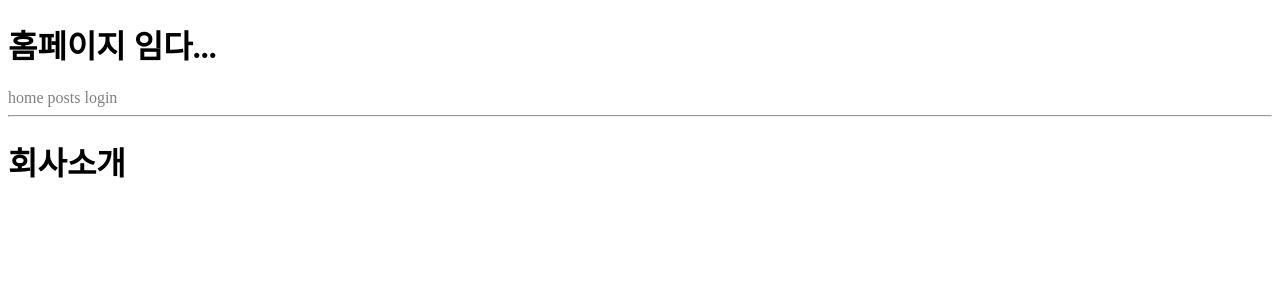
Repository: wkdtkgkek16/web01
Page: http://localhost/ex01/
The author's editor kept a copy of each file at every save. The page is drawn from the files as they stood at one save, then again after the next save.
The browser window is 1280 px wide. The pictures show the whole page.
The page is served by Tomcat 9. Other server files are loaded and not shown.

Above is the page before, as saved 2023-03-27 01:06:31.

### ex01/WebContent/home.jsp
<%@ page language="java" contentType="text/html; charset=UTF-8"
    pageEncoding="UTF-8"%>
<!DOCTYPE html>
<html>
<head>
<meta charset="UTF-8">
<title>Insert title here</title>
<style>
	.div_menu a{
		color:gray;
		text-decoration:none;
	}
</style>
</head>
<body>
	<div class="div_menu">
	<h1>홈페이지 임다...</h1>
	<a href="/">home</a>
	<a href="/posts">posts</a>
	<a href="/login">login</a>
	</div>
	<hr/>
	<jsp:include page="${pageName}"></jsp:include>
</body>
</html>

### ex01/WebContent/about.jsp
<%@ page language="java" contentType="text/html; charset=UTF-8"
    pageEncoding="UTF-8"%>
<h1>회사소개</h1>

### ex01/src/controller/HomeController.java
package controller;

import java.io.IOException;

import javax.servlet.RequestDispatcher;
import javax.servlet.ServletException;
import javax.servlet.annotation.WebServlet;
import javax.servlet.http.HttpServlet;
import javax.servlet.http.HttpServletRequest;
import javax.servlet.http.HttpServletResponse;


@WebServlet("/")
public class HomeController extends HttpServlet {
	private static final long serialVersionUID = 1L;

	protected void doGet(HttpServletRequest request, HttpServletResponse response) throws ServletException, IOException {
		RequestDispatcher dis=request.getRequestDispatcher("home.jsp");
		request.setAttribute("pageName", "about.jsp");
		dis.forward(request, response);
	}

	protected void doPost(HttpServletRequest request, HttpServletResponse response) throws ServletException, IOException {

	}

}

After the next save:
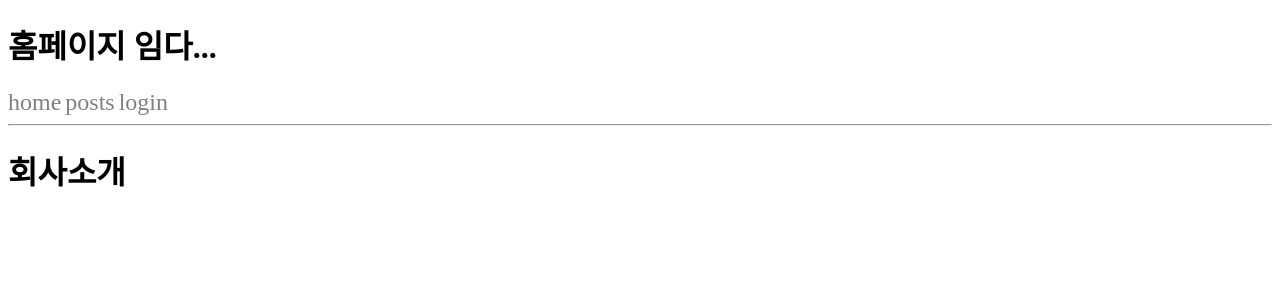
Saved 27 s later.
--- a/ex01/WebContent/home.jsp
+++ b/ex01/WebContent/home.jsp
@@ -8,6 +8,7 @@
 <style>
 	.div_menu a{
 		color:gray;
+		font-size:1.5rem;
 		text-decoration:none;
 	}
 </style>

After the save that followed:
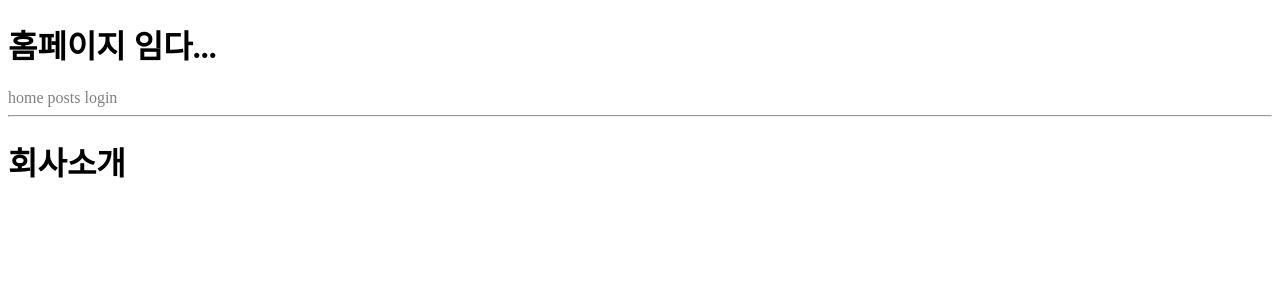
Saved 5 s later.
--- a/ex01/WebContent/home.jsp
+++ b/ex01/WebContent/home.jsp
@@ -8,7 +8,7 @@
 <style>
 	.div_menu a{
 		color:gray;
-		font-size:1.5rem;
+		font_size:1.5rem;
 		text-decoration:none;
 	}
 </style>
